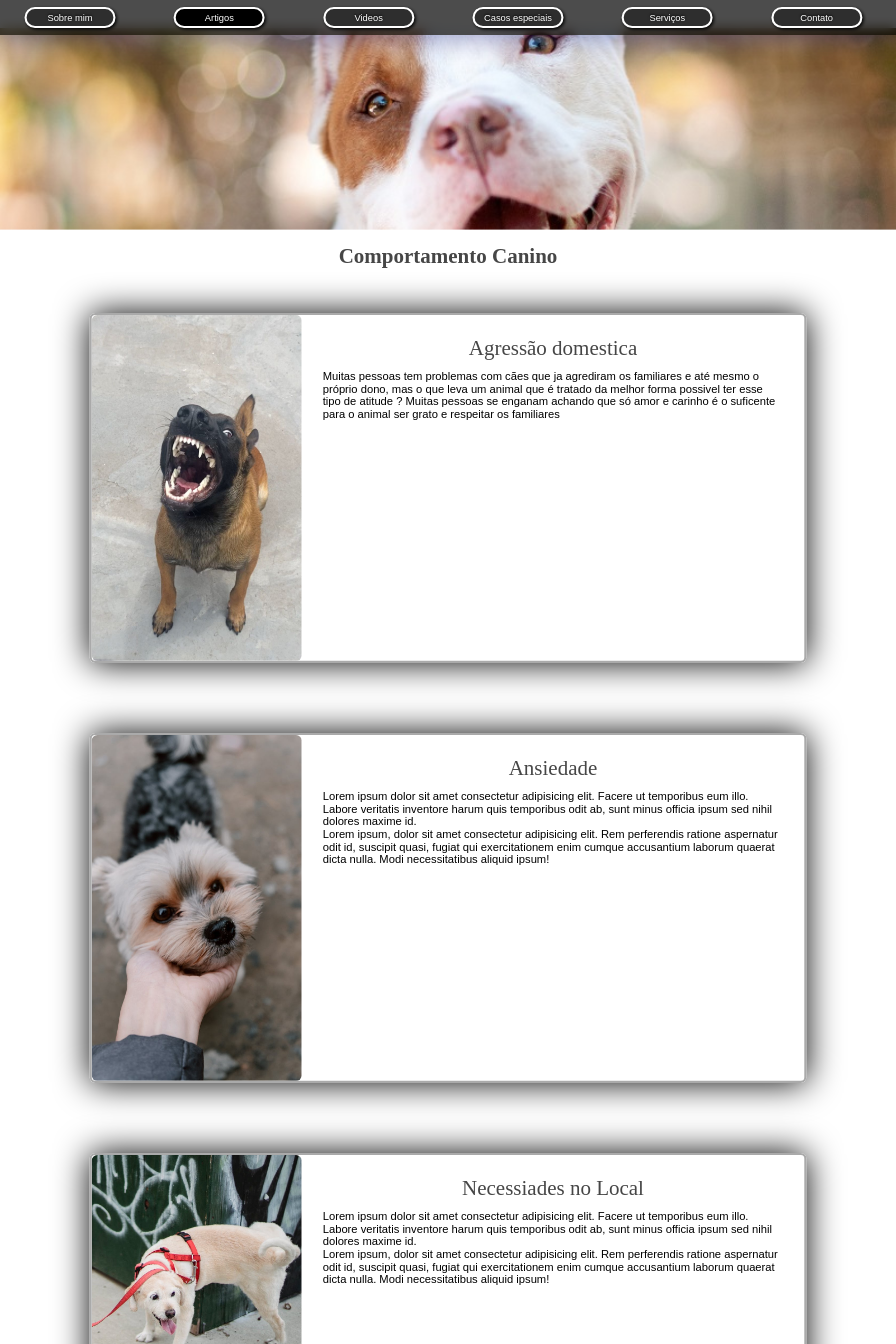
Repository: KevynMarques/Blog-React-StyledComponent
Page: /, after clicking the first element matching `button.sc-eqUAAy`
The author's editor kept a copy of each file at every save. The page is drawn from the files as they stood at one save, then again after a run of saves.
The browser window is 1280 px wide. The pictures show the part of the page from y = 0 to 1920 px (the page is 3448 px tall), at 70% of full size.
The project was rebuilt for these pictures with package versions that can differ from the ones it lists, and the page was loaded fresh each time. Also part of the build but not shown: src/Components/Clientes/index.jsx, src/Components/Serviços/index.jsx, src/Components/Contato/index.jsx, src/Components/View/index.jsx.

Above is the page before, as saved 2022-02-21 15:18:13.

After the next 2 saves:
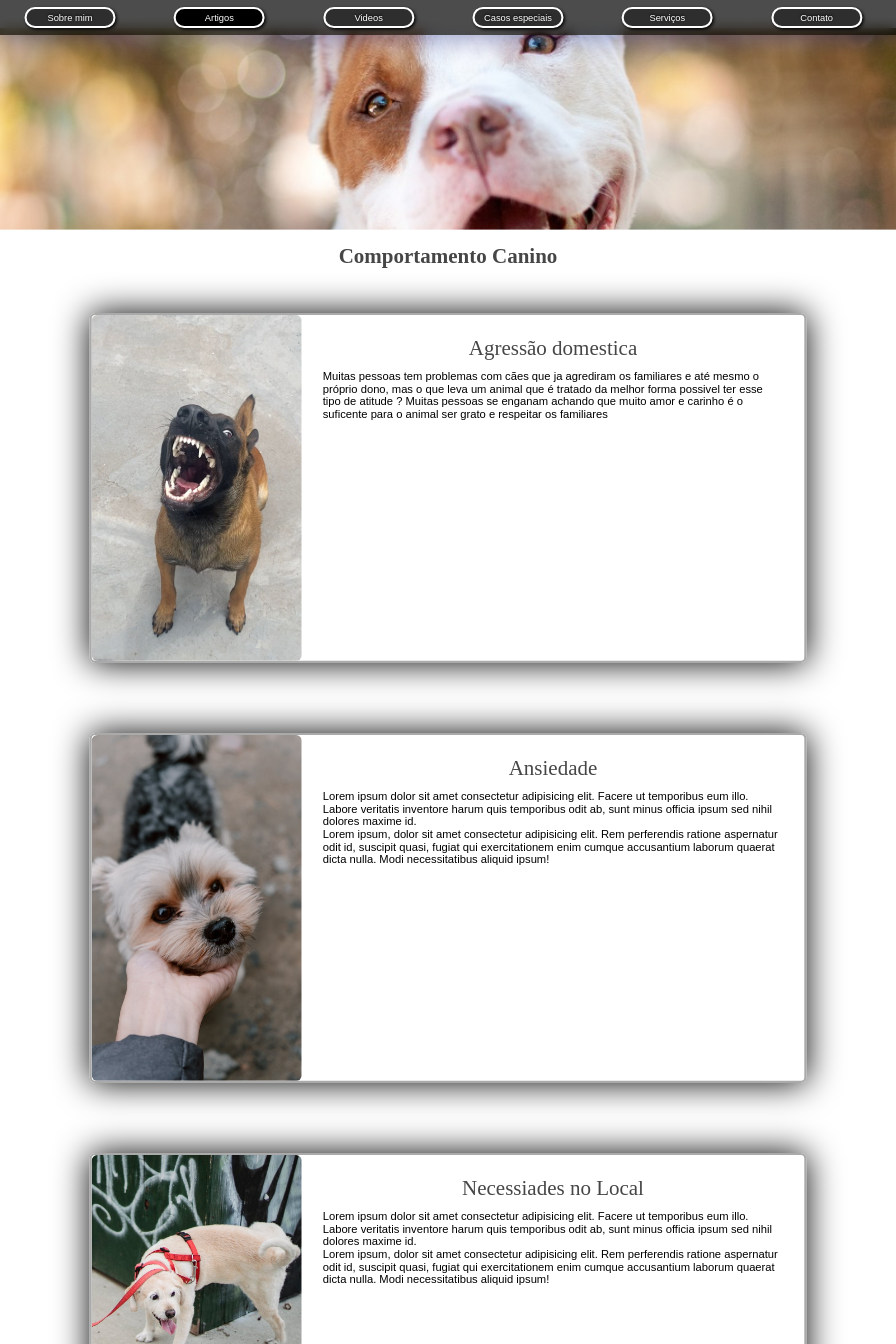
The 2 saves are shown as one change because they came seconds apart.
The last was saved 10 s later.
--- a/src/Components/Artigos/index.jsx
+++ b/src/Components/Artigos/index.jsx
@@ -26,7 +26,7 @@
        <Info>
        <TitleInfo>Agressão domestica</TitleInfo>
        Muitas pessoas tem problemas com cães que ja agrediram os familiares e até mesmo o próprio dono, mas o que leva um animal que é tratado
-       da melhor forma possivel ter esse tipo de atitude ? Muitas pessoas se enganam achando que só amor e carinho é o suficente para o animal ser grato e respeitar os familiares
+       da melhor forma possivel ter esse tipo de atitude ? Muitas pessoas se enganam achando que muito amor e carinho é o suficente para o animal ser grato e respeitar os familiares
         </Info>
        </ContainerBox>
 
